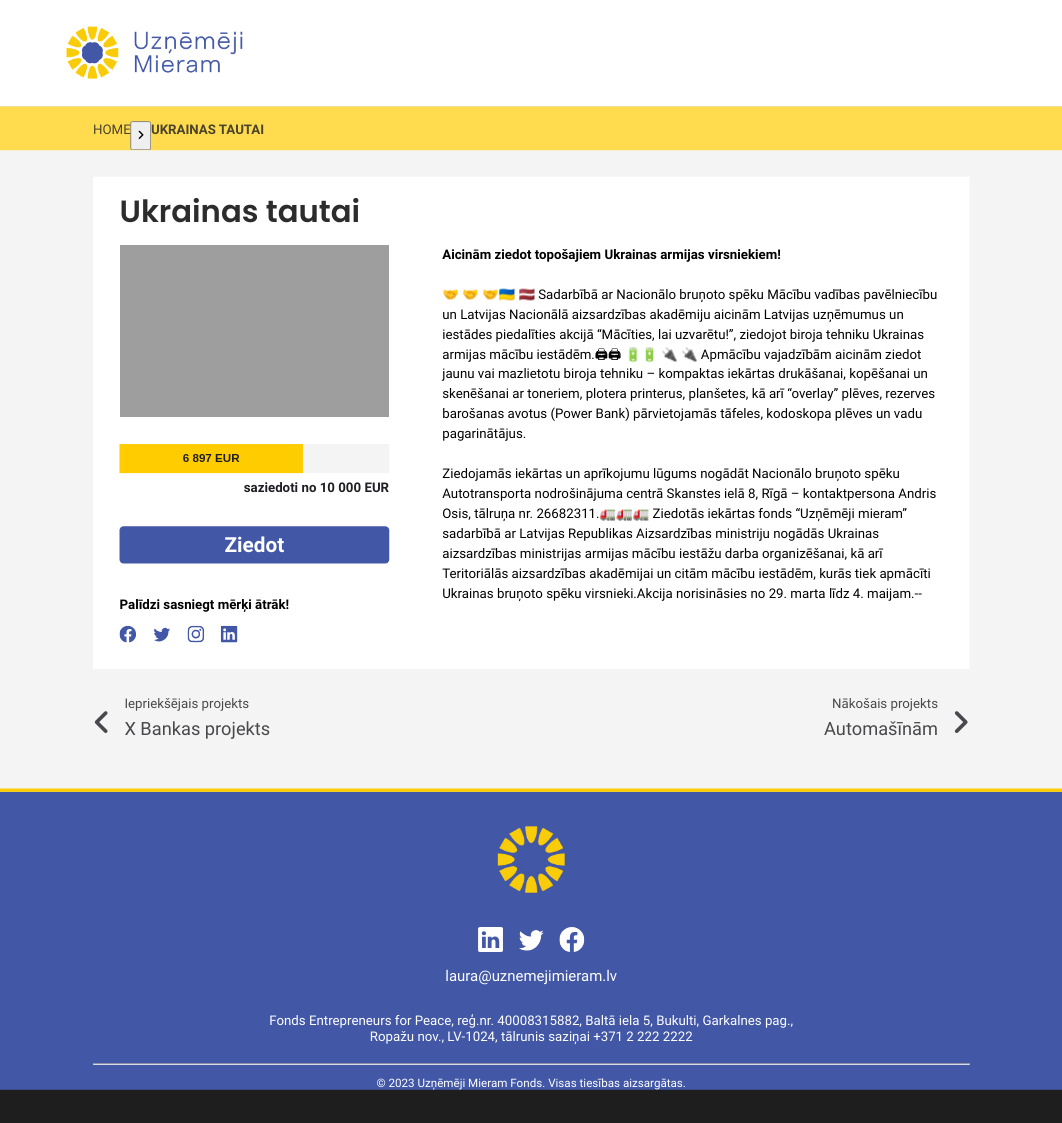
Repository: KatrinaPa/projekts11
Page: projekts-donateUkr.html
The author's editor kept a copy of each file at every save. The page is drawn from the files as they stood at one save, then again after the next save.
The browser window is 1280 px wide. The pictures show the whole page, at 83% of full size.
Pictures or frames that could not be fetched are drawn as grey boxes.

Above is the page before, as saved 2023-05-30 21:35:40.
Console error: TypeError: Cannot read properties of null (reading 'children')

After the next save:
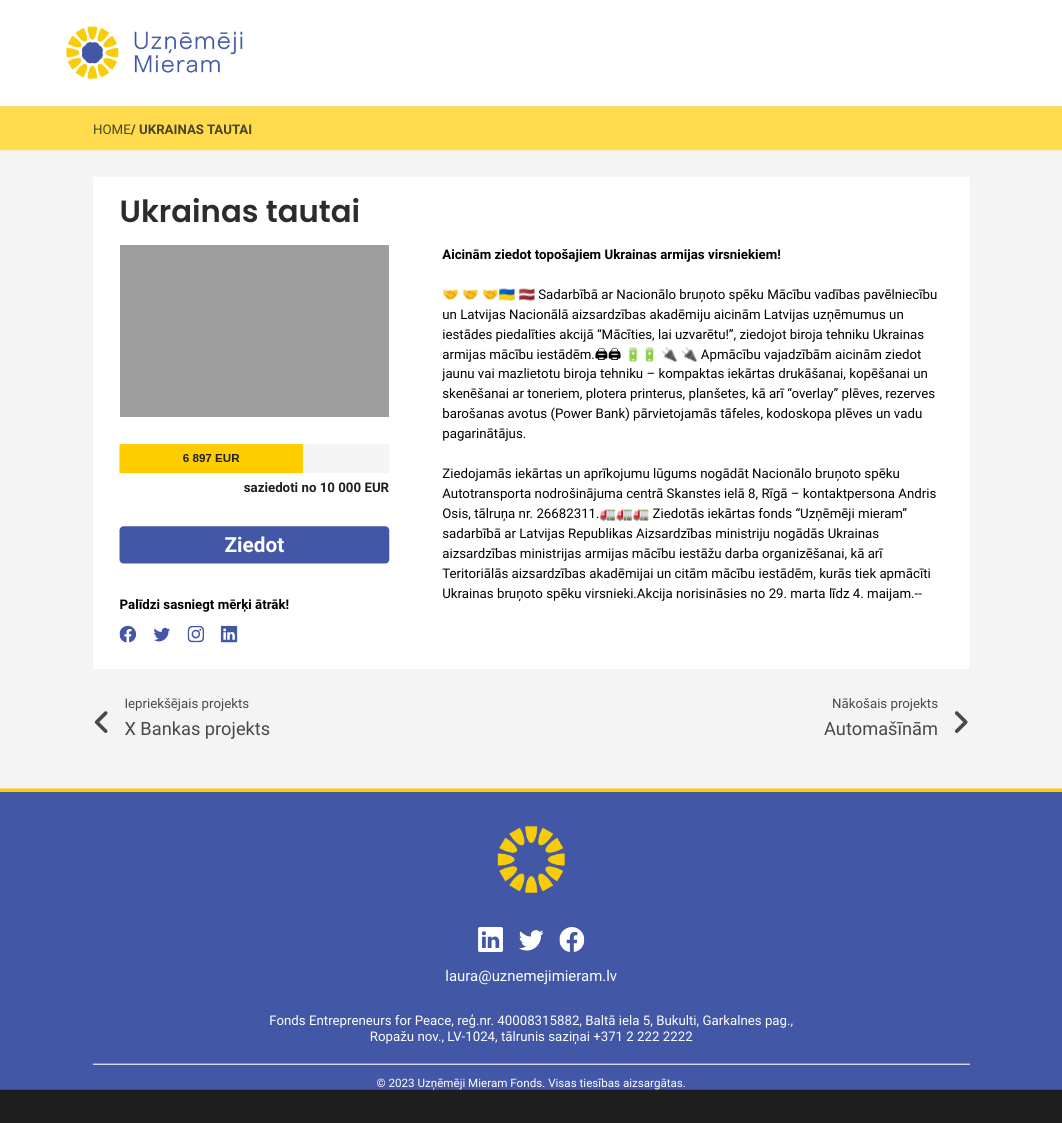
Saved 14 s later.
--- a/projekts-donateUkr.html
+++ b/projekts-donateUkr.html
@@ -42,10 +42,7 @@
             <section id="wrapper_project" class="section_project">
                 <div class="project-nav">
                     <a href="sakums.html" id="project-nav-home">HOME</a>
-                    <button class="project-nav-next">
-                        <i id="right" class="fa-solid fa-angle-right"></i>
-                    </button>
-                    <p>UKRAINAS TAUTAI</p>
+                    <p>/ UKRAINAS TAUTAI</p>
                 </div>
                 <div class="carousel_project">
                     <h1>Ukrainas tautai</h1>
